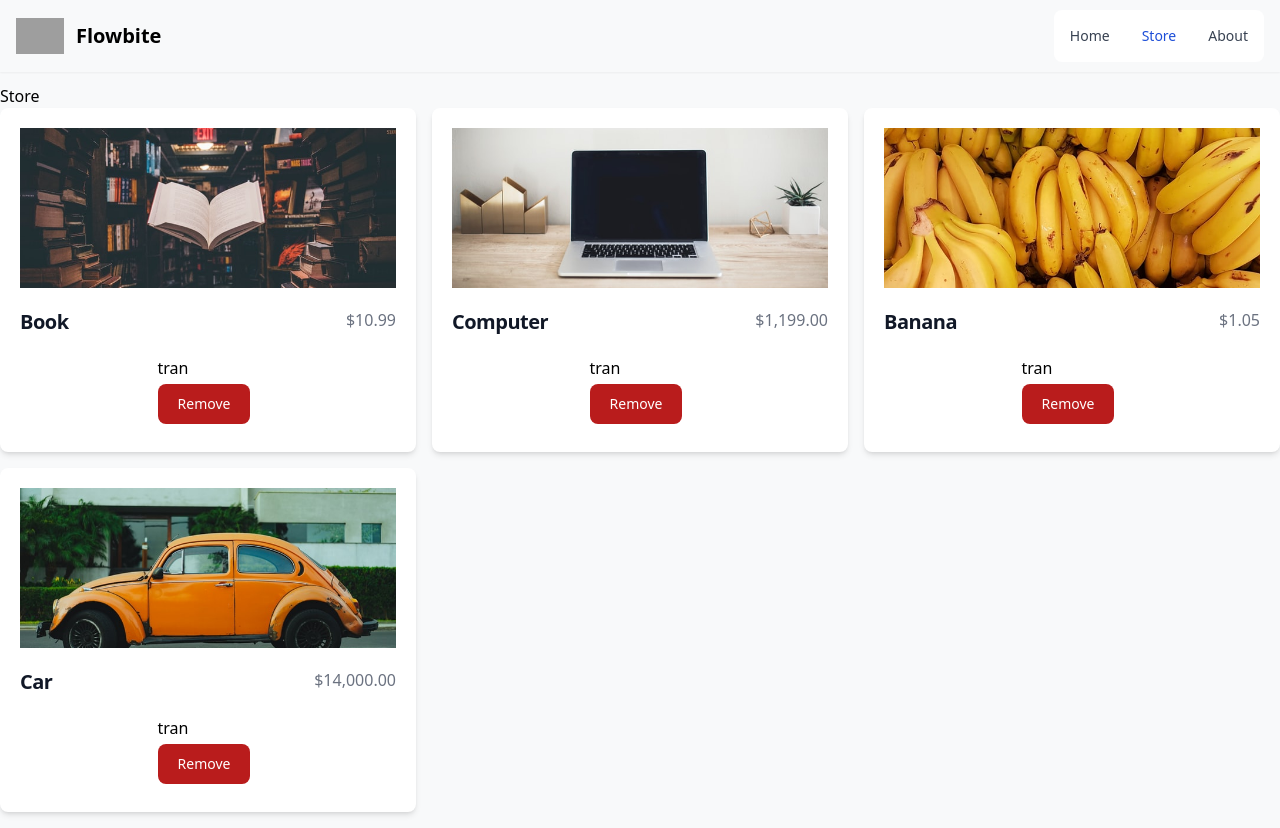
Repository: ducanhaep/react-ts-shopping-cart
Page: /store, after clicking the first element matching `button.text-white`
These files come from the project's save history. The page is drawn as it stood at one moment and after the next save; the edit follows.
The browser window is 1280 px wide. The pictures show the whole page.
Pictures or frames that could not be fetched are drawn as grey boxes. The project was rebuilt for these pictures with package versions that can differ from the ones it lists, and the page was loaded fresh each time. Also part of the build but not shown: vite.config.ts, src/pages/About.js, src/pages/Home.js.

Above is the page before, as saved 2023-01-11 20:01:01.

After the next save:
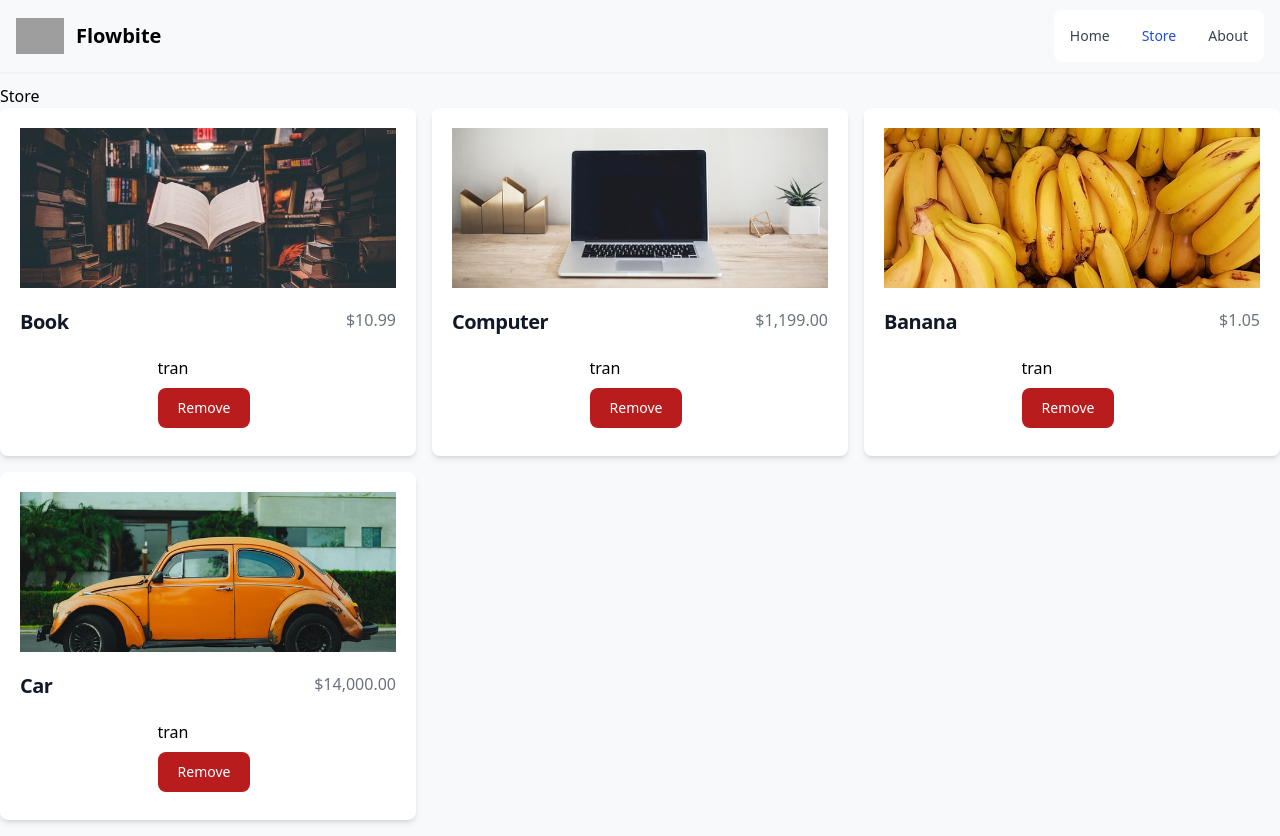
Saved 6 s later.
--- a/src/components/StoreItem.tsx
+++ b/src/components/StoreItem.tsx
@@ -38,7 +38,7 @@
               + Add To Cart
             </button>
           ) : (
-            <div className="flex flex-col justify-center gap-1">
+            <div className="flex flex-col justify-center gap-2">
               <div>tran</div>
               <button
                 type="button"

After the save that followed:
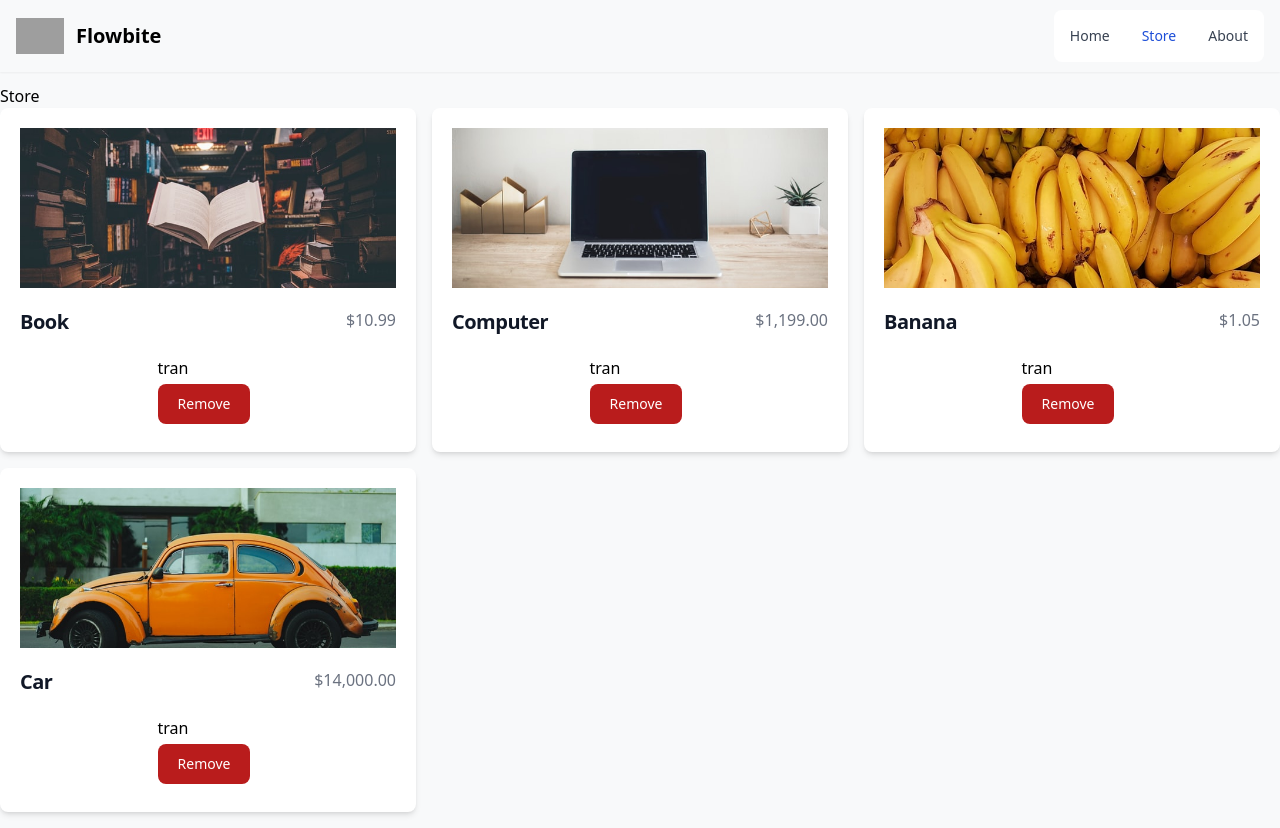
Saved 5 s later.
--- a/src/components/StoreItem.tsx
+++ b/src/components/StoreItem.tsx
@@ -38,7 +38,7 @@
               + Add To Cart
             </button>
           ) : (
-            <div className="flex flex-col justify-center gap-2">
+            <div className="flex flex-col justify-center gap-1">
               <div>tran</div>
               <button
                 type="button"
